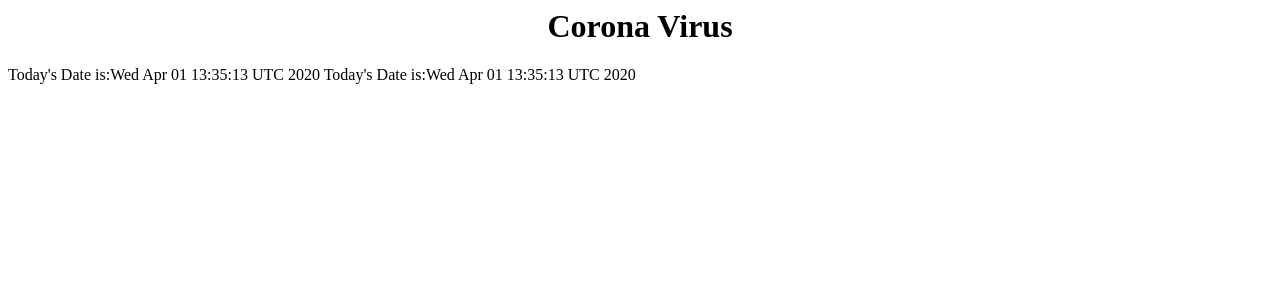
Repository: ZubaerAhmed/2-Corona-virus-eclipse-workspace
Page: http://localhost/CoronaVirus/Corona/main.jsp
The author's editor kept a copy of each file at every save. The page is drawn from the files as they stood at one save, then again after the next save.
The browser window is 1280 px wide. The pictures show the whole page.
The page is served by Tomcat 9. Other server files are loaded and not shown.

Above is the page before, as saved 2020-04-01 19:35:22.

### CoronaVirus/WebContent/Corona/main.jsp


<html>
<body>
	<jsp:include page="header.html"></jsp:include>

	Today's Date is:<%= new java.util.Date()  %>

	<jsp:include page="footer.jsp"></jsp:include>
</body>

</html>

### CoronaVirus/WebContent/Corona/header.html

<h1 align="center"> Corona Virus</h1>

### CoronaVirus/WebContent/Corona/footer.jsp


	Today's Date is:<%= new java.util.Date()  %>

After the next save:
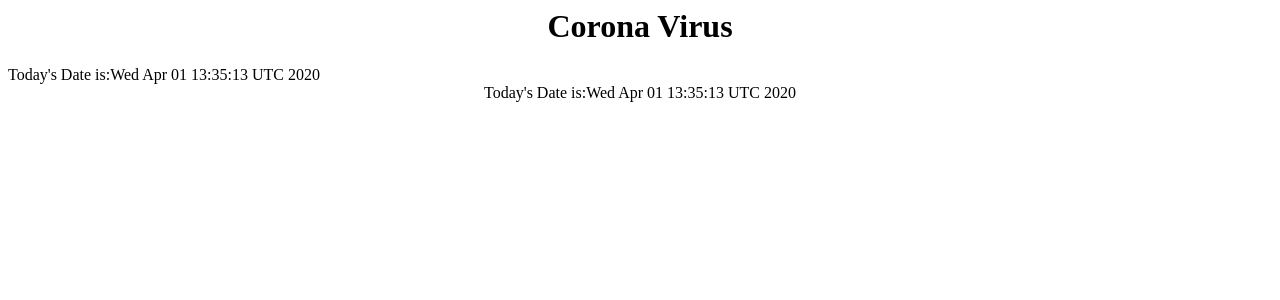
Saved 68 s later.
--- a/CoronaVirus/WebContent/Corona/footer.jsp
+++ b/CoronaVirus/WebContent/Corona/footer.jsp
@@ -1,3 +1,4 @@
 
-
+<footer align="center">
 	Today's Date is:<%= new java.util.Date()  %>
+</footer>
